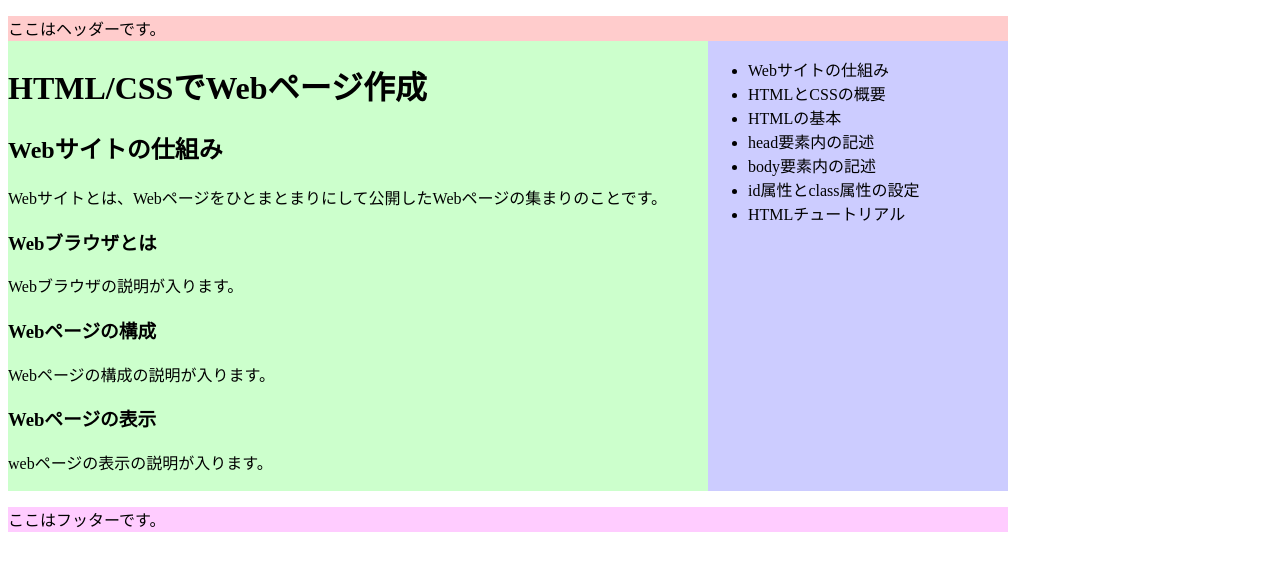
Repository: hiro0529/kadai-tasklist
Page: kadai-html.html
The author's editor kept a record of every edit. The page is drawn from the files as they stood at one moment, then again after the next edit.
The browser window is 1280 px wide. The pictures show the whole page.

Above is the page before.

After the next edit:
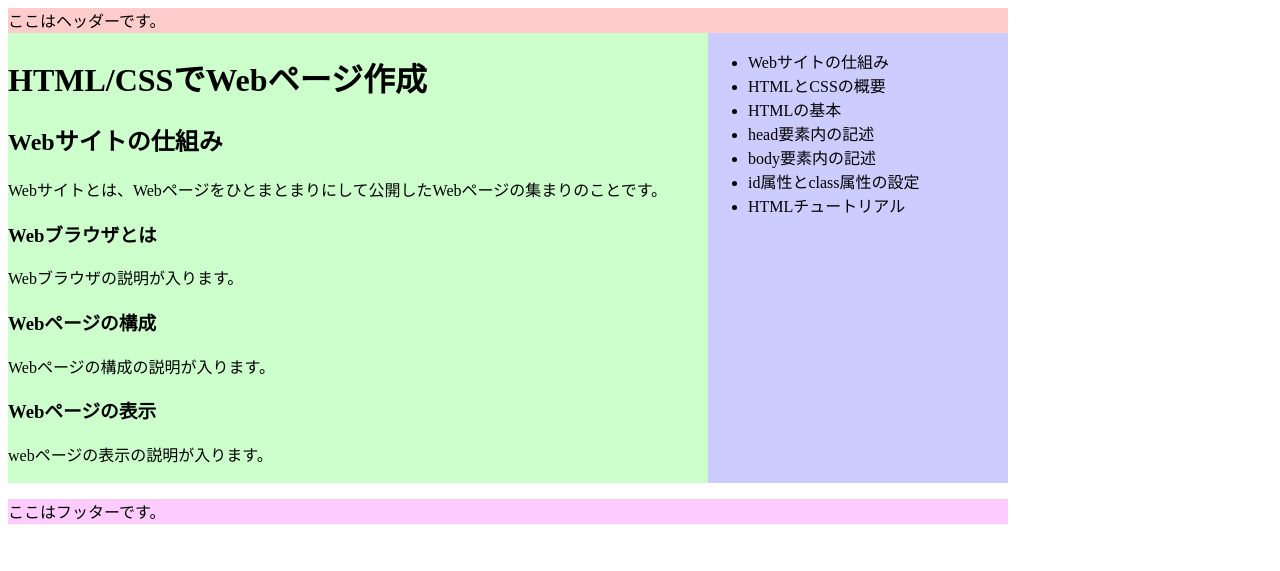
The edit:
--- a/kadai-html.html
+++ b/kadai-html.html
@@ -8,7 +8,7 @@
     <body>
         <!--ここからヘッダー-->
         <header>
-            <p>ここはヘッダーです。</p>
+            ここはヘッダーです。
         </header>
         <!--ヘッダーここまで-->
         <div id="wrapper">
